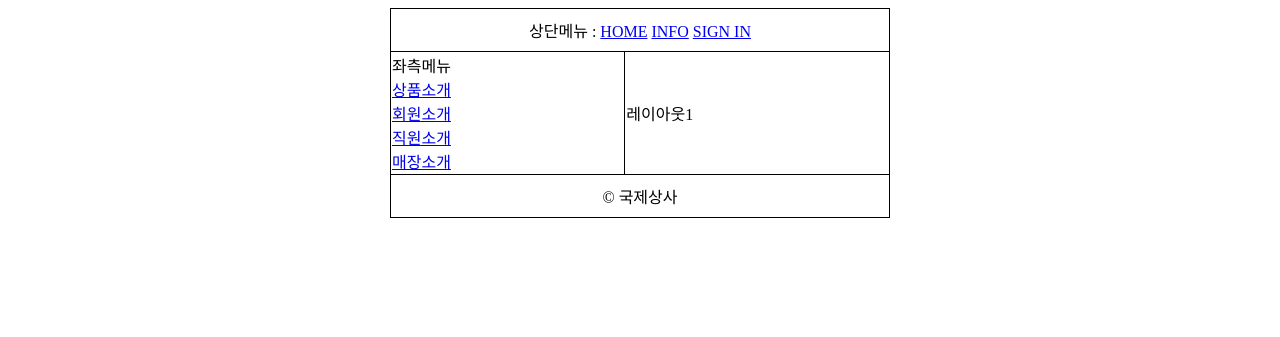
Repository: coolSummer1119/study
Page: http://localhost/ch03_Jsp/ch05_actionTag/layout.jsp
The author's editor kept a copy of each file at every save. The page is drawn from the files as they stood at one save, then again after the next save.
The browser window is 1280 px wide. The pictures show the whole page.
The page is served by Tomcat 9. Other server files are loaded and not shown.

Above is the page before, as saved 2024-04-23 07:38:55.

### workspace/ch03_Jsp/src/main/webapp/ch05_actionTag/layout.jsp
<%@ page language="java" contentType="text/html; charset=UTF-8"
    pageEncoding="UTF-8"%>
<!DOCTYPE html>
<html>
<head>
<meta charset="UTF-8">
<title>페이지 모듈화</title>
<style type="text/css">
table{
	width: 500px;
	margin: 0 auto;
	border: solid 1px #000000;
	border-collapse: collapse;
}
td{
	border: solid 1px #000000;
	text-align:center;
	vertical-align: middle;
	height: 40px;
}
td.td-middle{
	text-align: left;
}
</style>
</head>
<body>
<table>
	<tr>
		<td colspan="2">
			<jsp:include page="/ch05_actionTag/module/top.jsp"></jsp:include>
		</td>
	</tr>
	<tr>
		<td class="td-middle td-width">
			<jsp:include page="/ch05_actionTag/module/left.jsp"/><!-- 내용이없을 경우 단독태그로 만들기 -->
		</td>
		<td class="td-middle">
			<!-- 내용 시작 -->
			레이아웃1
			<!-- 내용 끝 -->
		</td>
	</tr>
	<tr>
		<td colspan="2">
			<jsp:include page="/ch05_actionTag/module/bottom.jsp"/>
		</td>
	</tr>
</table>

</body>
</html>

### workspace/ch03_Jsp/src/main/webapp/ch05_actionTag/module/top.jsp
<%@ page language="java" contentType="text/html; charset=UTF-8"
    pageEncoding="UTF-8"%>
상단메뉴 :
<a href="#">HOME</a>
<a href="#">INFO</a>
<a href="#">SIGN IN</a>

### workspace/ch03_Jsp/src/main/webapp/ch05_actionTag/module/left.jsp
<%@ page language="java" contentType="text/html; charset=UTF-8"
    pageEncoding="UTF-8"%>
좌측메뉴<br>
<a href="#">상품소개</a><br>
<a href="#">회원소개</a><br>
<a href="#">직원소개</a><br>
<a href="#">매장소개</a><br>

### workspace/ch03_Jsp/src/main/webapp/ch05_actionTag/module/bottom.jsp
<%@ page language="java" contentType="text/html; charset=UTF-8"
    pageEncoding="UTF-8"%>
<div align="center">&copy; 국제상사</div>

After the next save:
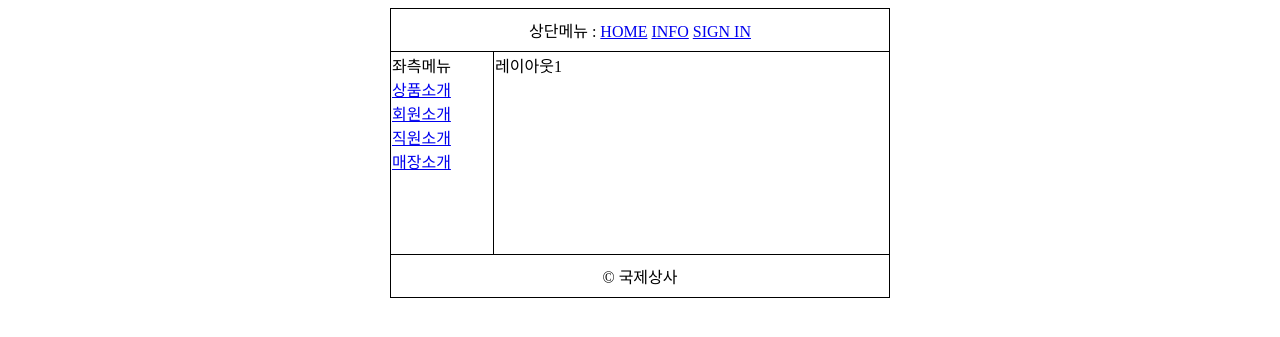
Saved 38 s later.
--- a/workspace/ch03_Jsp/src/main/webapp/ch05_actionTag/layout.jsp
+++ b/workspace/ch03_Jsp/src/main/webapp/ch05_actionTag/layout.jsp
@@ -20,6 +20,11 @@
 }
 td.td-middle{
 	text-align: left;
+	vertical-align: top;
+	height: 200px;
+}
+td.td-width{
+	width: 100px;
 }
 </style>
 </head>
